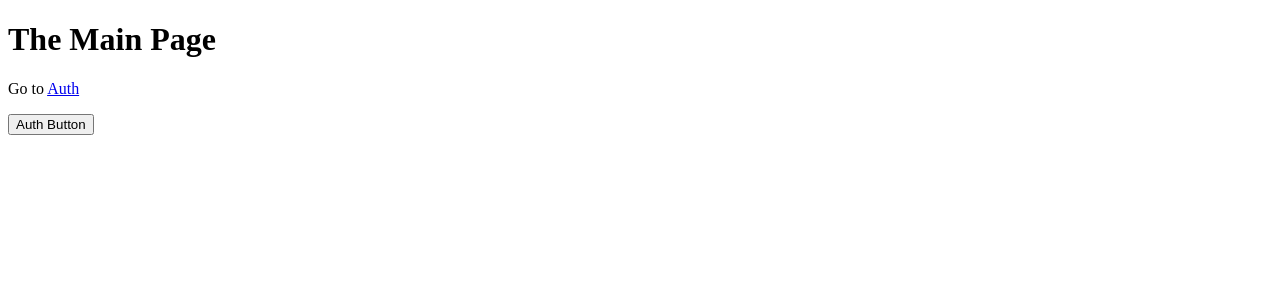
Repository: Aqsajj/react-learning
Page: / (app in nextjs/)
These files come from the project's save history. The page is drawn as it stood at one moment and after the next save; the edit follows.
The browser window is 1280 px wide. The pictures show the whole page.
The project was rebuilt for these pictures with package versions that can differ from the ones it lists, and the page was loaded fresh each time. The framework's server and built-in components were replaced by stand-ins that run in the browser.

Above is the page before, as saved 2020-06-11 18:15:05.

After the next save:
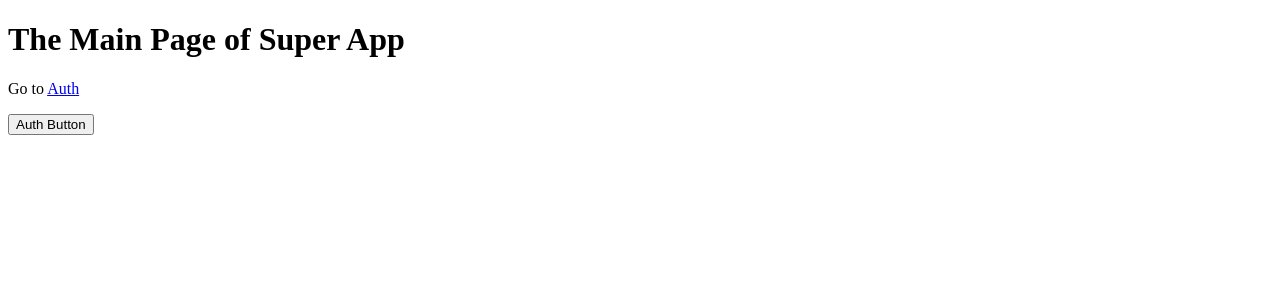
Saved 31 s later.
--- a/nextjs/pages/index.js
+++ b/nextjs/pages/index.js
@@ -23,8 +23,8 @@ class indexPage extends Component {
         return (
             <div>
                 <h1>
-                    The Main Page
-            </h1>
+                    The Main Page of {this.props.appName}
+                </h1>
 
                 <p>Go to <Link href='/auth'><a>Auth</a></Link></p>
 
